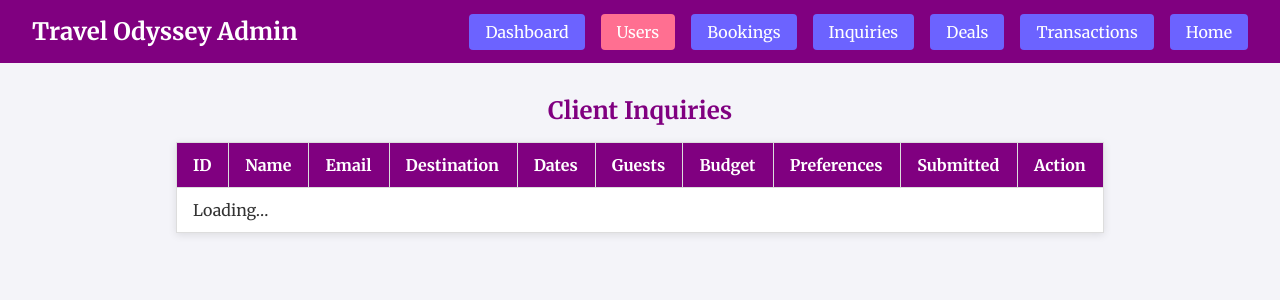
Repository: GHzPhoenix/Project-Odyssey
Page: Frontend/inquiries.html
These files come from the project's save history. The page is drawn as it stood at one moment and after the next save; the edit follows.
The browser window is 1280 px wide. The pictures show the whole page.

Above is the page before, as saved 2025-07-10 09:27:56.

### Frontend/inquiries.html
<!DOCTYPE html>
<html lang="en">
  <head>
    <meta charset="UTF-8" />
    <meta name="viewport" content="width=device-width,initial-scale=1.0" />
    <title>Admin – Inquiries</title>
    <link rel="stylesheet" href="/Frontend/css/admin.css" />
  </head>
  <body>
    <header>
      <nav>
        <div class="logo">Travel Odyssey Admin</div>
        <ul>
          <li><a href="admin.html">Dashboard</a></li>
          <li><a href="admin-users.html" class="active">Users</a></li>
          <li><a href="admin-bookings.html">Bookings</a></li>
          <li><a href="inquiries.html">Inquiries</a></li>
          <li><a href="add-deal.html">Deals</a></li>
          <li><a href="transactions.html">Transactions</a></li>
          <li><a href="index.html">Home</a></li>
        </ul>
      </nav>
    </header>

    <main>
      <h2>Client Inquiries</h2>
      <table id="inq-table">
        <thead>
          <tr>
            <th>ID</th>
            <th>Name</th>
            <th>Email</th>
            <th>Destination</th>
            <th>Dates</th>
            <th>Guests</th>
            <th>Budget</th>
            <th>Preferences</th>
            <th>Submitted</th>
            <th>Action</th>
          </tr>
        </thead>
        <tbody>
          <tr>
            <td colspan="10">Loading…</td>
          </tr>
        </tbody>
      </table>
    </main>

    <script>
      async function loadInquiries() {
        const token = localStorage.getItem("token");
        const tbody = document.querySelector("#inq-table tbody");

        if (!token) {
          alert("Please log in as admin.");
          return;
        }

        try {
          const res = await fetch("http://127.0.0.1:5001/api/inquiries", {
            headers: { Authorization: "Bearer " + token },
          });
          if (!res.ok) throw new Error("Unauthorized");

          const inqs = await res.json();
          if (!inqs.length) {
            tbody.innerHTML =
              "<tr><td colspan='10'>No inquiries found.</td></tr>";
            return;
          }

          tbody.innerHTML = inqs
            .map((i) => {
              const date = new Date(i.created_at).toLocaleString();
              return `
              <tr>
                <td>${i.id}</td>
                <td>${i.name}</td>
                <td>${i.email}</td>
                <td>${i.destination}</td>
                <td>${i.dates}</td>
                <td>${i.guests}</td>
                <td>€${i.budget}</td>
                <td>${i.preferences || ""}</td>
                <td>${date}</td>
                <td>
                  <a
                    href="add-deal.html?name=${encodeURIComponent(
                      i.destination
                    )}&location=${encodeURIComponent(
                i.destination
              )}&activities=${encodeURIComponent(i.preferences || "")}"
                    class="btn-create"
                  >Create Deal</a>
                </td>
              </tr>`;
            })
            .join("");
        } catch (err) {
          console.error(err);
          tbody.innerHTML =
            "<tr><td colspan='10'>Failed to load inquiries.</td></tr>";
        }
      }

      window.addEventListener("DOMContentLoaded", loadInquiries);
    </script>
  </body>
</html>

### Frontend/css/admin.css
@import url("https://fonts.googleapis.com/css2?family=Merriweather:wght@300;400;700&display=swap");

* {
  box-sizing: border-box;
  margin: 0;
  padding: 0;
}

body {
  font-family: "Merriweather", serif;
  background: #f4f4f9;
  color: #333;
}
.action {
  background: #6c63ff;
  color: white;
  border: none;
  padding: 0.4rem 0.8rem;
  border-radius: 4px;
  cursor: pointer;
  font-size: 0.9rem;
  transition: background 0.2s ease;
}
.action:hover {
  background: #5950d4;
}
.modal-overlay {
  display: none;
  position: fixed;
  inset: 0;
  background: rgba(0, 0, 0, 0.6);
  align-items: center;
  justify-content: center;
  z-index: 1000;
}
.modal-overlay.active {
  display: flex;
}
.modal {
  background: #fff;
  padding: 2rem;
  border-radius: 8px;
  width: 90%;
  max-width: 400px;
  box-shadow: 0 2rem 4rem rgba(0, 0, 0, 0.2);
}
.modal h2 {
  margin-bottom: 1rem;
  color: purple;
}
.modal .input-group {
  margin-bottom: 1rem;
}
.modal label {
  display: block;
  margin-bottom: 0.4rem;
  font-weight: 600;
}
.modal input[type="text"],
.modal input[type="date"] {
  width: 100%;
  padding: 0.5rem;
  border: 1px solid #ccc;
  border-radius: 4px;
}

.modal-actions {
  text-align: right;
  margin-top: 1rem;
}
.modal-actions button {
  background: #6c63ff;
  color: #fff;
  border: none;
  padding: 0.5rem 1rem;
  border-radius: 4px;
  cursor: pointer;
  margin-left: 0.5rem;
  transition: background 0.2s;
}
.modal-actions button#modal-cancel {
  background: #ccc;
  color: #333;
}
.modal-actions button:hover {
  background: #5950d4;
}

header nav {
  background: purple;
  padding: 1rem 2rem;
  display: flex;
  align-items: center;
  justify-content: space-between;
}

header nav .logo {
  color: white;
  font-size: 1.5rem;
  font-weight: bold;
}

header nav ul {
  list-style: none;
  display: flex;
  gap: 1rem;
}

header nav a {
  color: white;
  text-decoration: none;
  padding: 0.5rem 1rem;
  background: #6c63ff;
  border-radius: 4px;
  transition: background 0.2s;
}

header nav a.active,
header nav a:hover {
  background: #ff6f91;
}

main {
  max-width: 960px;
  margin: 2rem auto;
  padding: 0 1rem;
}

h1,
h2 {
  color: purple;
  margin-bottom: 1rem;
  text-align: center;
}

form {
  background: white;
  padding: 2rem;
  border-radius: 8px;
  box-shadow: 0 4px 12px rgba(0, 0, 0, 0.1);
}

form .input-group {
  margin-bottom: 1.25rem;
}

form label {
  display: block;
  margin-bottom: 0.4rem;
  font-weight: 600;
}

form input[type="text"],
form input[type="date"],
form input[type="number"],
form textarea {
  width: 100%;
  padding: 0.6rem;
  border: 1px solid #ccc;
  border-radius: 4px;
  font-size: 1rem;
}

form textarea {
  resize: vertical;
  min-height: 80px;
}

.file-input-label {
  display: inline-block;
  padding: 0.5rem 1rem;
  background: #007bff;
  color: white;
  border-radius: 4px;
  cursor: pointer;
  font-size: 0.9rem;
}

#file-chosen {
  margin-left: 0.5rem;
  font-size: 0.9rem;
  vertical-align: middle;
  color: #555;
}

input[type="file"] {
  display: none;
}

button[type="submit"] {
  background: #0b6623;
  color: white;
  padding: 0.7rem 1.4rem;
  border: none;
  border-radius: 4px;
  font-size: 1rem;
  cursor: pointer;
}

button[type="submit"]:hover {
  background: #095a1a;
}

#deal-message,
#inquiry-message {
  margin-top: 0.75rem;
  font-size: 0.9rem;
}

#deal-message.error,
#inquiry-message.error {
  color: #b00020;
}

#deal-message.success,
#inquiry-message.success {
  color: #0b6623;
}

table {
  width: 100%;
  border-collapse: collapse;
  background: white;
  margin-top: 1rem;
  box-shadow: 0 2px 8px rgba(0, 0, 0, 0.1);
}

th,
td {
  padding: 0.75rem 1rem;
  border: 1px solid #ddd;
  text-align: left;
}

th {
  background: purple;
  color: white;
  font-weight: 600;
}

tr:nth-child(even) td {
  background: #f9f9ff;
}

.inquiry-actions button {
  background: #6c63ff;
  color: white;
  border: none;
  padding: 0.4rem 0.8rem;
  border-radius: 4px;
  cursor: pointer;
  font-size: 0.9rem;
  margin-right: 0.5rem;
}

.inquiry-actions button:hover {
  background: #5950d4;
}

.deal-card {
  background: white;
  border-radius: 8px;
  box-shadow: 0 2px 8px rgba(0, 0, 0, 0.1);
  overflow: hidden;
  margin: 1rem 0;
  display: flex;
}

.deal-card img {
  width: 120px;
  object-fit: cover;
}

.deal-card-body {
  padding: 1rem;
  flex: 1;
}

.deal-card-body h3 {
  margin-bottom: 0.5rem;
}

.deal-card-body p {
  margin-bottom: 0.5rem;
}

.deal-card-body .card-button {
  background: #6c63ff;
  color: white;
  padding: 0.4rem 0.8rem;
  border-radius: 4px;
  text-decoration: none;
}

.deal-card-body .card-button:hover {
  background: #5950d4;
}

.button-link {
  display: inline-block;
  margin-top: 1.5rem;
  color: #6c63ff;
  text-decoration: underline;
}

.file-input-btn {
  display: inline-block;
  background: #6c63ff;
  color: #fff;
  padding: 0.5rem 1rem;
  border-radius: 4px;
  cursor: pointer;
  font-size: 0.9rem;
  transition: background 0.2s;
}
.file-input-btn:hover {
  background: #5950d4;
}

#modal-file-chosen {
  margin-left: 0.75rem;
  font-size: 0.9rem;
  color: #555;
  vertical-align: middle;
}

.file-input-group {
  margin-bottom: 1rem;
}

After the next save:
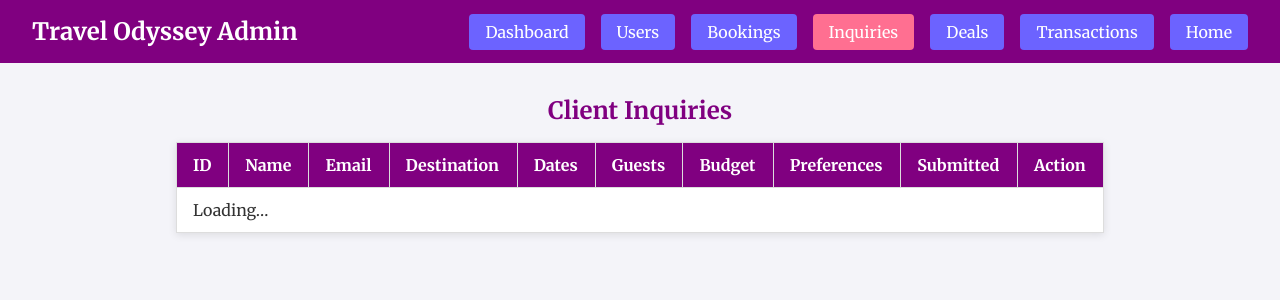
Saved 24 s later.
--- a/Frontend/inquiries.html
+++ b/Frontend/inquiries.html
@@ -12,9 +12,9 @@
         <div class="logo">Travel Odyssey Admin</div>
         <ul>
           <li><a href="admin.html">Dashboard</a></li>
-          <li><a href="admin-users.html" class="active">Users</a></li>
+          <li><a href="admin-users.html">Users</a></li>
           <li><a href="admin-bookings.html">Bookings</a></li>
-          <li><a href="inquiries.html">Inquiries</a></li>
+          <li><a href="inquiries.html" class="active">Inquiries</a></li>
           <li><a href="add-deal.html">Deals</a></li>
           <li><a href="transactions.html">Transactions</a></li>
           <li><a href="index.html">Home</a></li>
